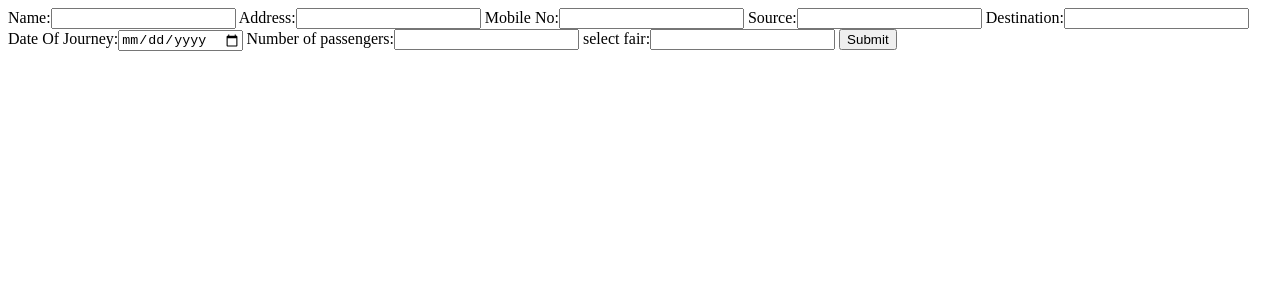
Repository: jha6435/Backenefinalsubmission
Page: http://localhost/ProjectFlyaway2/bookticket.jsp
The author's editor kept a copy of each file at every save. The page is drawn from the files as they stood at one save, then again after the next save.
The browser window is 1280 px wide. The pictures show the whole page.
The page is served by Tomcat 9. Other server files are loaded and not shown.

Above is the page before, as saved 2023-05-12 03:39:46.

### ProjectFlyaway2/src/main/webapp/bookticket.jsp
<%@ page language="java" contentType="text/html; charset=ISO-8859-1"
    pageEncoding="ISO-8859-1"%>
<!DOCTYPE html>
<html>
<head>
<meta charset="ISO-8859-1">
<title>Insert title here</title>
</head>
<body>
<form action="">
Name:<input type="text" name="name">
Address:<input type="text" name="addr">
Mobile No:<input type="text" name="mob">
Source:<input type="text" name="soce">
Destination:<input type="text" name="destig">
Date Of Journey:<input type="date" name="date">
Number of passengers:<input type="number" name="num">
select fair:<input type="text" name="soce">
<input type="submit" name="proceed for payment">
</form>
</body>
</html>

After the next save:
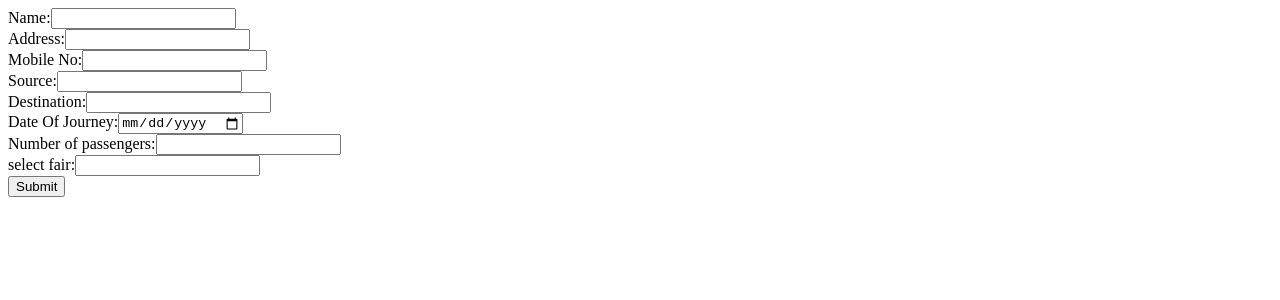
Saved 63 s later.
--- a/ProjectFlyaway2/src/main/webapp/bookticket.jsp
+++ b/ProjectFlyaway2/src/main/webapp/bookticket.jsp
@@ -8,14 +8,14 @@
 </head>
 <body>
 <form action="">
-Name:<input type="text" name="name">
-Address:<input type="text" name="addr">
-Mobile No:<input type="text" name="mob">
-Source:<input type="text" name="soce">
-Destination:<input type="text" name="destig">
-Date Of Journey:<input type="date" name="date">
-Number of passengers:<input type="number" name="num">
-select fair:<input type="text" name="soce">
+Name:<input type="text" name="name"><br>
+Address:<input type="text" name="addr"><br>
+Mobile No:<input type="text" name="mob"><br>
+Source:<input type="text" name="soce"><br>
+Destination:<input type="text" name="destig"><br>
+Date Of Journey:<input type="date" name="date"><br>
+Number of passengers:<input type="number" name="num"><br>
+select fair:<input type="text" name="soce"><br>
 <input type="submit" name="proceed for payment">
 </form>
 </body>
